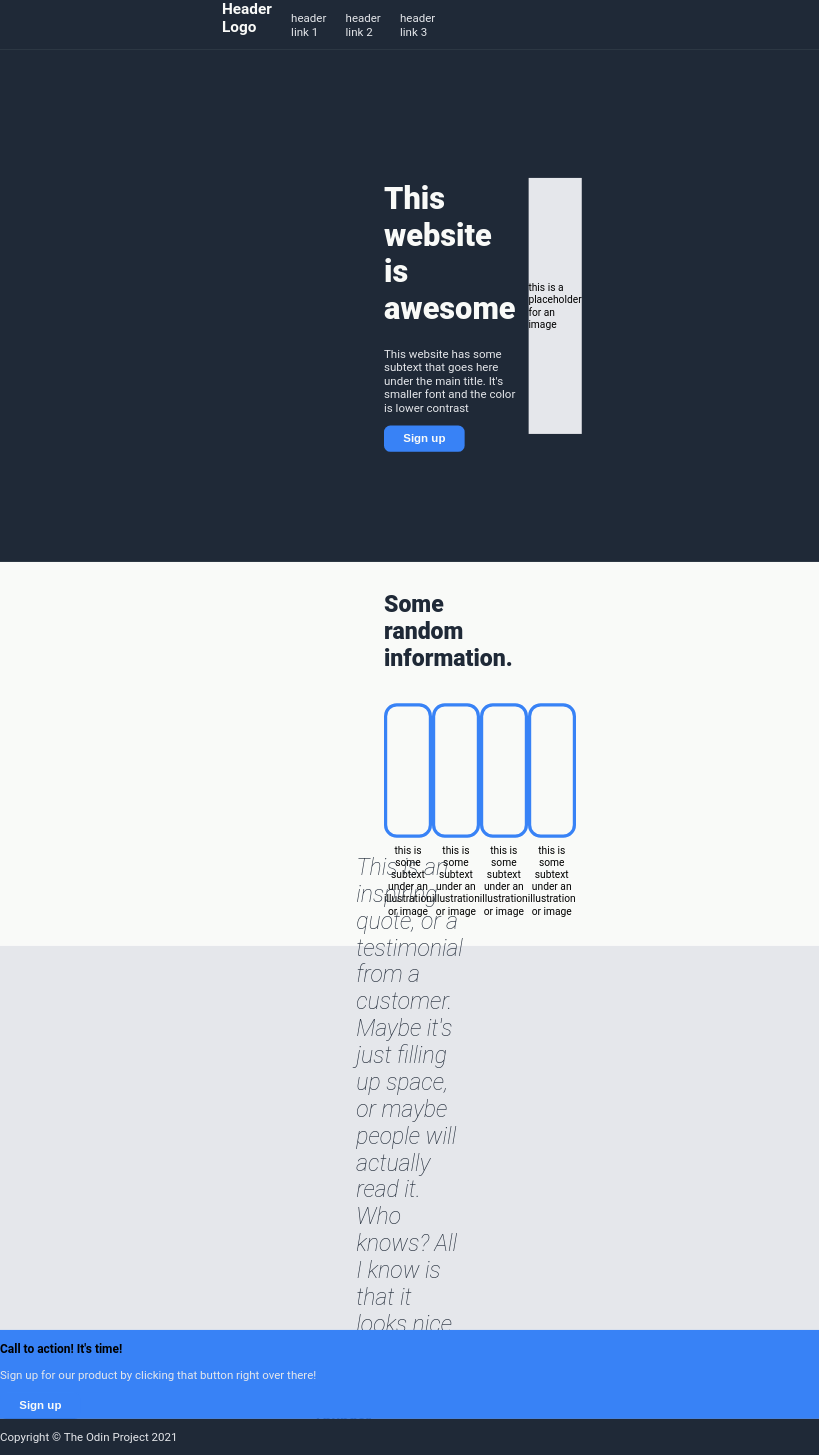
Repository: rsoetydev/landing-page
Page: index.html
The author's editor kept a copy of each file at every save. The page is drawn from the files as they stood at one save, then again after the next save.
The browser window is 1280 px wide. The pictures show the whole page, at 64% of full size.

Above is the page before, as saved 2023-11-28 10:38:33.

### index.html
<!DOCTYPE html>
<html lang="en">
<head>
    <meta charset="UTF-8">
    <meta name="viewport" content="width=device-width, initial-scale=1.0">
    <title>Landing Page</title>
    <link rel="stylesheet" href="style.css">
</head>
<body>
    <div class="header">
        <h2 class="header-logo">Header Logo</h2>
        <p class="link-1">header link 1 </p>
        <p class="link-2">header link 2</p>
        <p class="link-3"> header link 3</p>
    </div>

    <div class="hero">
        <div class="hero-text">
            <h1 class="hero-title">This website is awesome</h1>
            <p class="hero-subtext">This website has some subtext that goes here under the main title. It's smaller font and the color is lower contrast</p>
            <button class="sign-up">Sign up</button>
        </div>
        <div class="hero-image-cont">
            this is a placeholder for an image
        </div>
    </div>

    <div class="info">
        <h2 class="info-title">Some random information.</h2>
        <div class="item-cont">
            <div class="item">
                <div class="item-pic"></div>
                <div class="item-text">this is some subtext under an illustration or image</div>
            </div>
            <div class="item">
                <div class="item-pic"></div>
                <div class="item-text">this is some subtext under an illustration or image</div>
            </div>
            <div class="item">
                <div class="item-pic"></div>
                <div class="item-text">this is some subtext under an illustration or image</div>
            </div>
            <div class="item">
                <div class="item-pic"></div>
                <div class="item-text">this is some subtext under an illustration or image</div>
            </div>
        </div>
    </div>

    <div class="quote">
        <p class="quote-text">
            This is an inspiring quote, or a testimonial from a customer. Maybe it's just filling up space, or maybe people will actually read it. Who knows? All I know is that it looks nice.
        </p>
        <p class="quote-author">-Thor, God of Thunder</p>
    </div>

    <div class="c2a">
        <div class="c2a-sub">
            <div class="c2a-text-container">
                <h3>Call to action! It's time!</h3>
                <p class="c2a-text">Sign up for our product by clicking that button right over there!</p>
            </div>
            <button class="c2a-sign-up">Sign up</button>
        </div>
    </div>

    <div class="footer">
        <p class="copyright">Copyright © The Odin Project 2021</p>
    </div>

</body>
</html>

### style.css


:root {
    --dark: #1F2937;
    --gray: #E5E7EB;
    --white: #F9FAF8;
    --blue: #3882F6;

    font-family: 'Roboto', arial;
}

body{
    background-color:var(--white);
    padding: 0;
    margin: 0;
    display: flex;
    flex-direction: column;
}

h1{
    font-size:48px;
    font-weight:900;
    color: var(--white);
}

p{
    color: var(--gray);
    font-size: 18px;
}

h2{
    color: var(--white);
    font-size: 24px;
    font: weight 600px;
    padding:0px;
    margin: 0px;
}

.info-title {
    font-size: 36px;
    color:var(--dark);
    font-weight: 900;
}

.quote-text {
    font-size: 36px;
    font-style: italic;
    font-weight: 200;
    color:var(--dark);
}

button{
    background-color: var(--blue);
    color:var(--white);
    font-size: 18px;
    font-weight: 600;
    padding: 10px 30px;
    border: none;
    border-radius: 10px;
}

.header{
    display:flex;
    background-color: var(--dark);
    justify-content: flex-end;
    gap:30px;
    padding: 0px 600px;
}

.header-logo{
    flex: 1;
}

.hero{
    display:flex;
    background-color: var(--dark);
    padding: 100px 600px;
    height: 600px;
    justify-content:space-between;
    align-items: center;
    gap: 20px;
}

.hero-image-cont{
    background-color:var(--gray);
    display:flex;
    justify-content: center;
    align-items: center;
    width: 800px;
    height: 400px;
}

.info-title{
    text-align: center;
    padding: 0 0 50px 0;
}

.info{
    display: flex;
    flex-direction: column;
    justify-content: center;
    height: 600px;
    padding: 0 600px;
}

.item-cont{
    display:flex;
    justify-content: space-evenly;
}

.item{
    display:flex;
    flex-direction: column;
    width: 200px;
    gap: 10px;
}

.item-pic{
    height:200px;
    flex-grow: 1;
    border-style: solid;
    border-color: var(--blue);
    border-radius: 20px;
    border-width: 5px;
}

.item-text{
    text-align: center;
}

.quote{
    background-color: var(--gray);
    height: 600px;
    display:flex;
    flex-direction: column;
    padding: 0px 600px;
    justify-content: center;
    align-items: center;

}

.quote-author{
    color:var(--dark);
    font-weight: 600;
    font-size: 24px;
    align-self: flex-end;
    padding-right: 100px;
}

.c2a{
    background-color: var(--blue);
}

.footer{
    background-color: var(--dark);
}

After the next save:
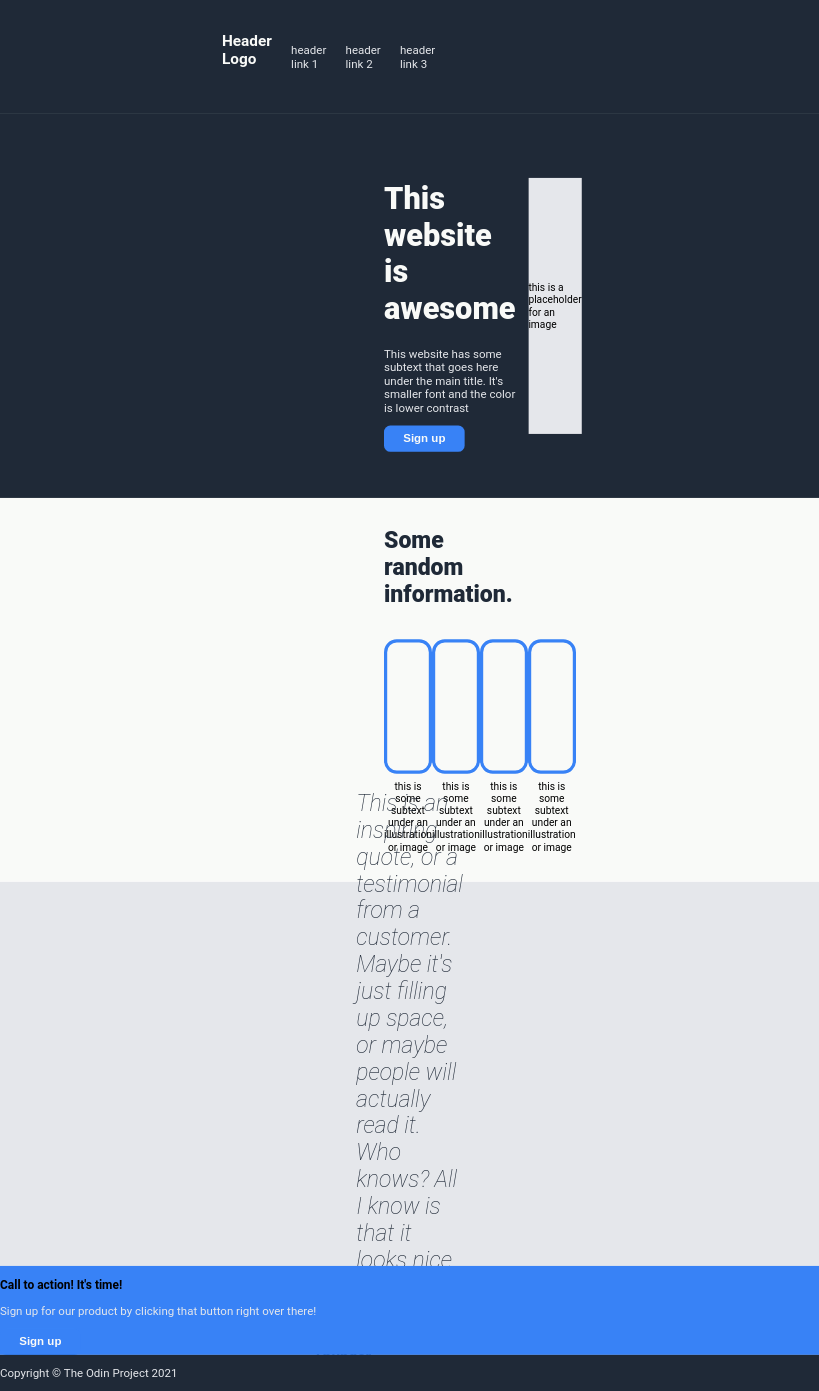
Saved 40 s later.
--- a/style.css
+++ b/style.css
@@ -64,7 +64,7 @@ button{
     background-color: var(--dark);
     justify-content: flex-end;
     gap:30px;
-    padding: 0px 600px;
+    padding: 50px 600px;
 }
 
 .header-logo{
@@ -74,7 +74,7 @@ button{
 .hero{
     display:flex;
     background-color: var(--dark);
-    padding: 100px 600px;
+    padding: 0px 600px;
     height: 600px;
     justify-content:space-between;
     align-items: center;
